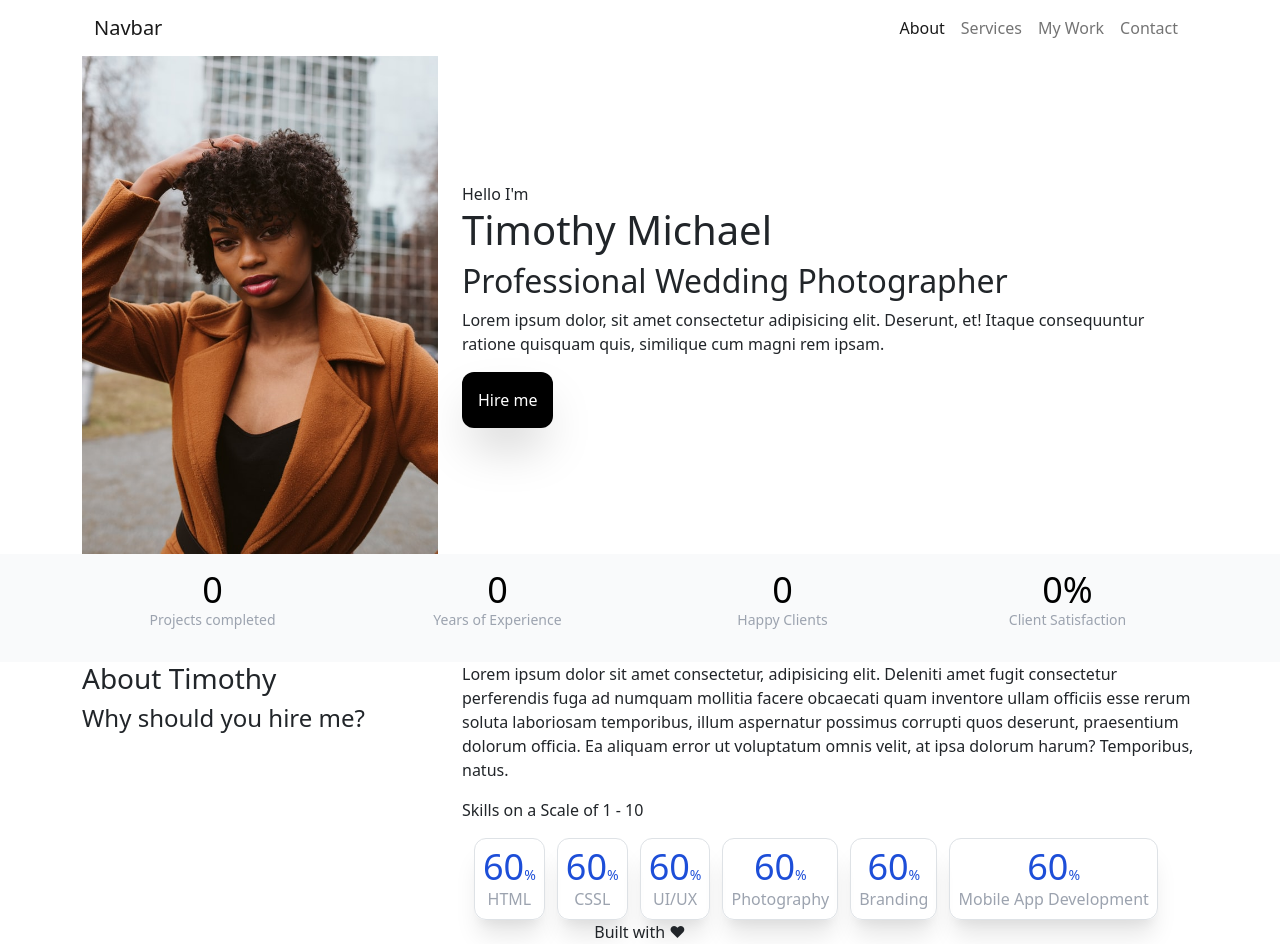
Repository: latenightsnacc/giggles
Page: HTML/freelancer.html
The author's editor kept a copy of each file at every save. The page is drawn from the files as they stood at one save, then again after the next save.
The browser window is 1280 px wide. The pictures show the whole page.
Some web libraries are served in a nearby version.

Above is the page before, as saved 2021-01-03 15:22:53.

After the next save:
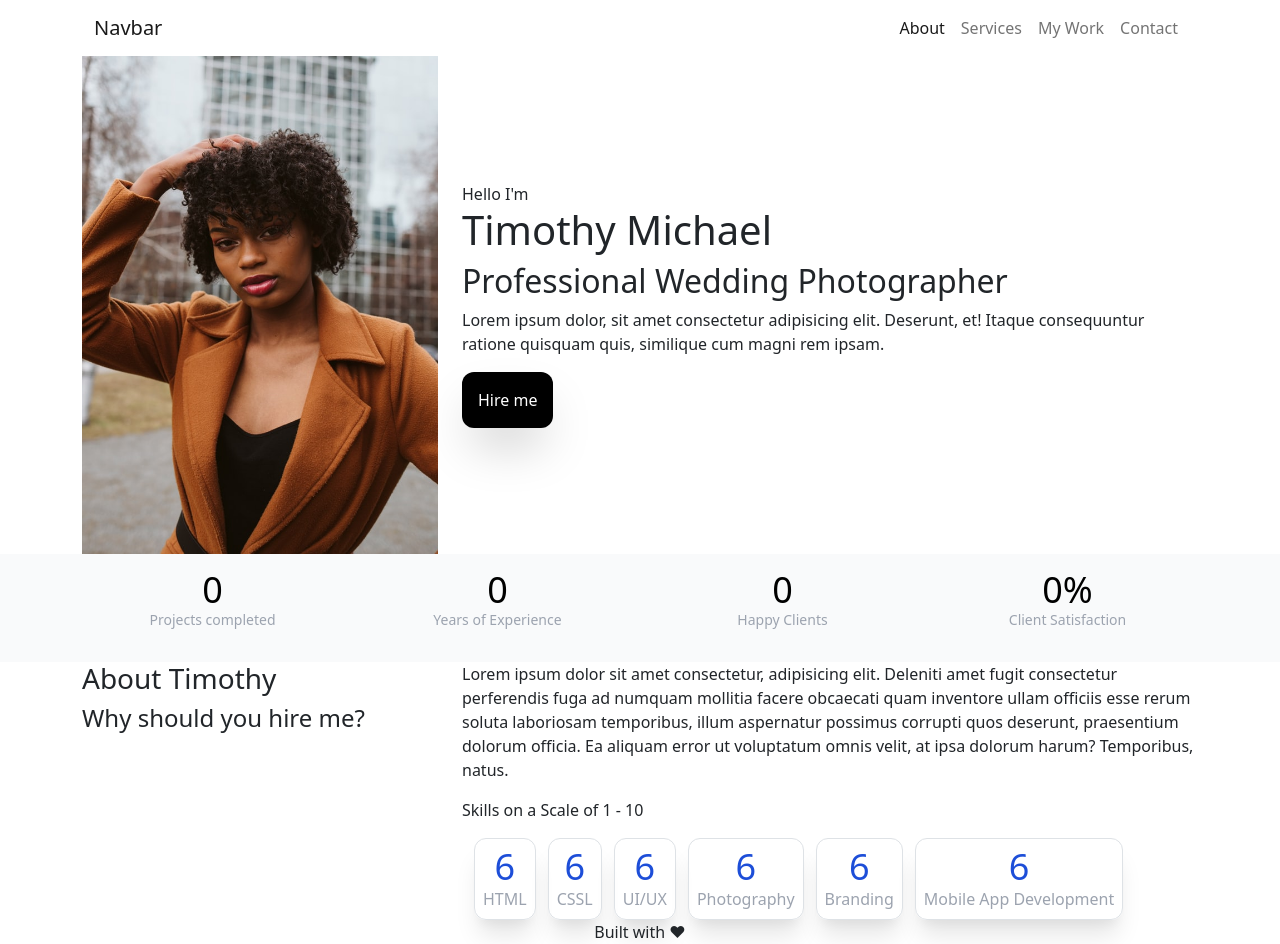
Saved 34 s later.
--- a/HTML/freelancer.html
+++ b/HTML/freelancer.html
@@ -100,32 +100,32 @@
                     <div class="d-flex flex-wrap">
                         <div class="skill-box shadow-xl max-w-sm p-2 ml-3 mt-3 border border-gray-100 rounded-xl flex flex-col items-center justify-center text-center">
 
-                            <span class="text-blue-700 bold text-4xl">60<span class="text-sm">%</span></span>
+                            <span class="text-blue-700 bold text-4xl">6</span>
                             <div class="text-md text-gray-400">HTML</div>
                         </div>
                         <div class="skill-box shadow-xl max-w-sm p-2 ml-3 mt-3 border border-gray-100 rounded-xl flex flex-col items-center justify-center text-center">
 
-                            <span class="text-blue-700 bold text-4xl">60<span class="text-sm">%</span></span>
+                            <span class="text-blue-700 bold text-4xl">6</span>
                             <div class="text-md text-gray-400">CSSL</div>
                         </div>
                         <div class="skill-box shadow-xl max-w-sm p-2 ml-3 mt-3 border border-gray-100 rounded-xl flex flex-col items-center justify-center text-center">
 
-                            <span class="text-blue-700 bold text-4xl">60<span class="text-sm">%</span></span>
+                            <span class="text-blue-700 bold text-4xl">6</span>
                             <div class="text-md text-gray-400">UI/UX</div>
                         </div>
                         <div class="skill-box shadow-xl max-w-sm p-2 ml-3 mt-3 border border-gray-100 rounded-xl flex flex-col items-center justify-center text-center">
 
-                            <span class="text-blue-700 bold text-4xl">60<span class="text-sm">%</span></span>
+                            <span class="text-blue-700 bold text-4xl">6</span>
                             <div class="text-md text-gray-400">Photography</div>
                         </div>
                         <div class="skill-box shadow-xl max-w-sm p-2 ml-3 mt-3 border border-gray-100 rounded-xl flex flex-col items-center justify-center text-center">
 
-                            <span class="text-blue-700 bold text-4xl">60<span class="text-sm">%</span></span>
+                            <span class="text-blue-700 bold text-4xl">6</span>
                             <div class="text-md text-gray-400">Branding</div>
                         </div>
                         <div class="skill-box shadow-xl max-w-sm p-2 ml-3 mt-3 border border-gray-100 rounded-xl flex flex-col items-center justify-center text-center">
 
-                            <span class="text-blue-700 bold text-4xl">60<span class="text-sm">%</span></span>
+                            <span class="text-blue-700 bold text-4xl">6</span>
                             <div class="text-md text-gray-400">Mobile App Development</div>
                         </div>
                     </div>
